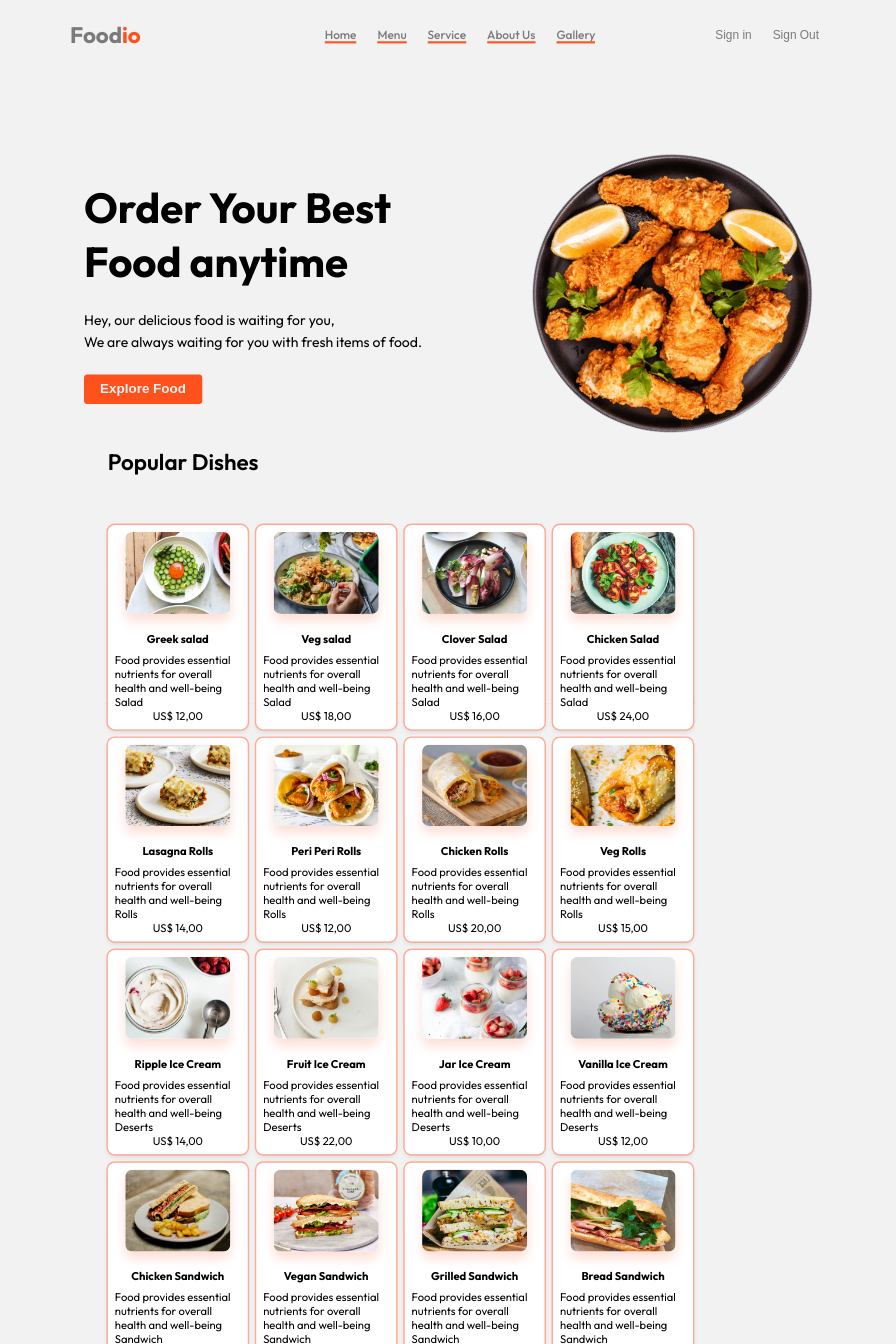
Repository: guilhermecardoso93/foodio
Page: /
These files come from the project's save history. The page is drawn as it stood at one moment and after the next save; the edit follows.
The browser window is 1280 px wide. The pictures show the part of the page from y = 0 to 1920 px (the page is 3217 px tall before and 3697 px after), at 70% of full size.
The project was rebuilt for these pictures with package versions that can differ from the ones it lists, and the page was loaded fresh each time. Also part of the build but not shown: vite.config.js, src/index.css.

Above is the page before, as saved 2024-11-05 20:20:25.

After the next save:
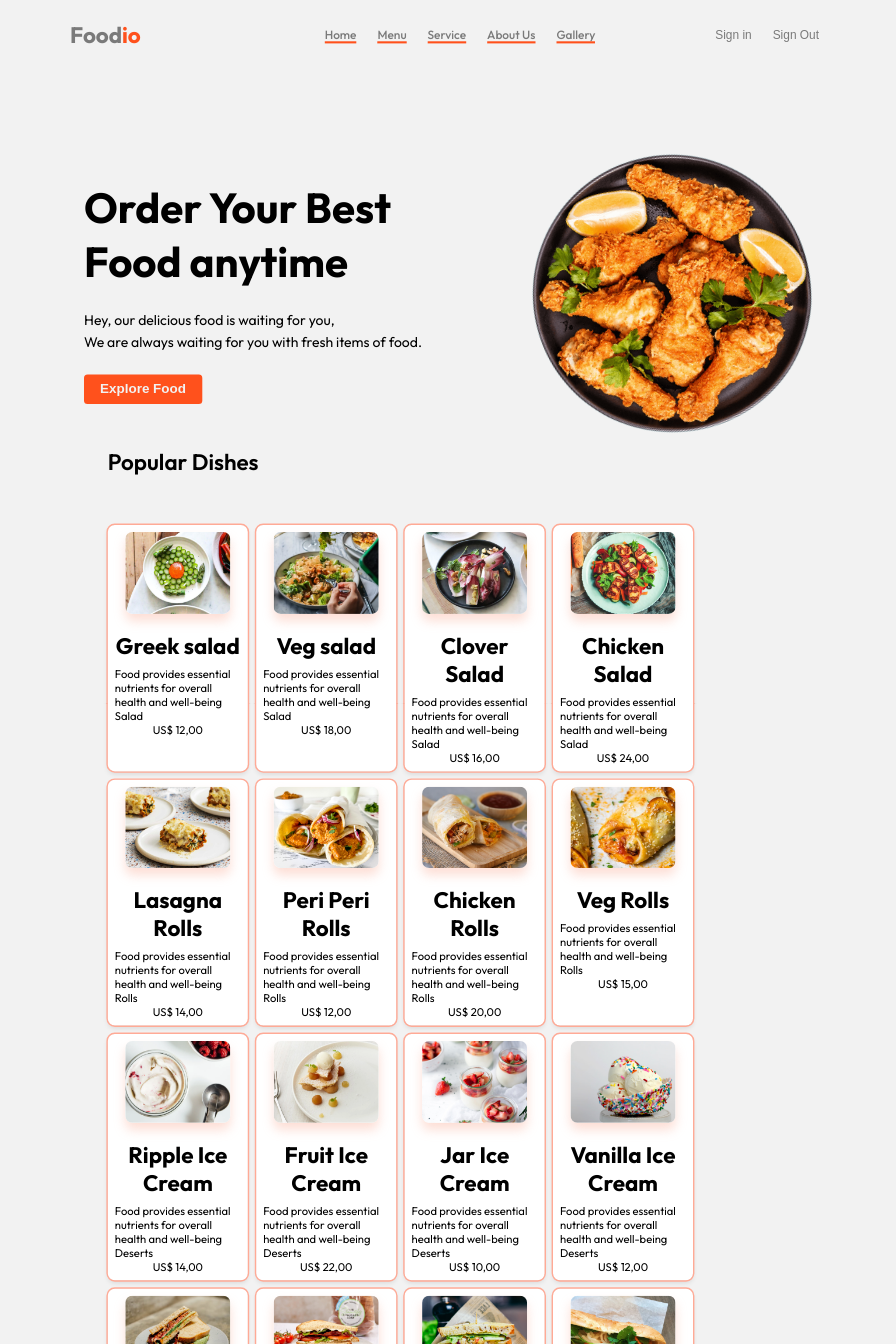
Saved 4 s later.
--- a/src/components/CardItem/styles.css
+++ b/src/components/CardItem/styles.css
@@ -34,7 +34,7 @@
 .card .title h1 {
   text-align: center;
   font-weight: bold;
-  font-size: 1rem;
+  font-size: 2rem;
 
 }
 
